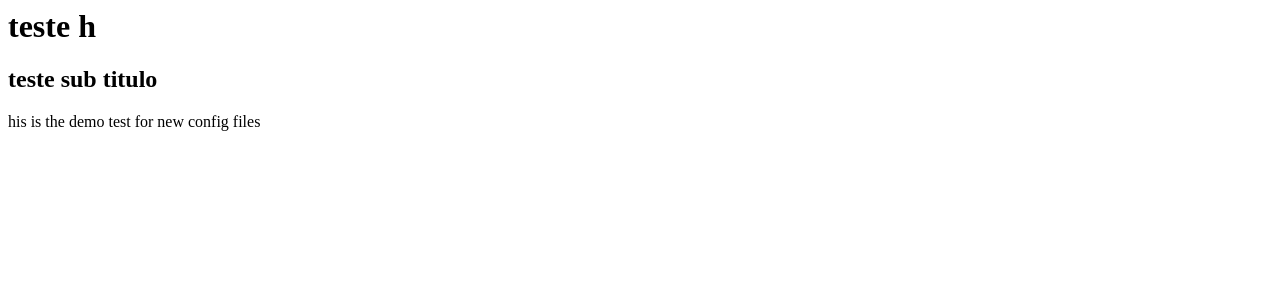
Repository: marine1988/mytheme-wp
Page: http://localhost/
The author's editor kept a copy of each file at every save. The page is drawn from the files as they stood at one save, then again after the next save.
The browser window is 1280 px wide. The pictures show the whole page.
The page is run by PHP 8.4 with error messages shown; the project is at /var/www/html/.

Above is the page before, as saved 2016-10-13 02:30:58.

### index.php
<?php

?>
<h1>teste h</h1>
<h2>teste sub titulo</h2>
<span>his is the demo test for new config files</span>

After the next save:
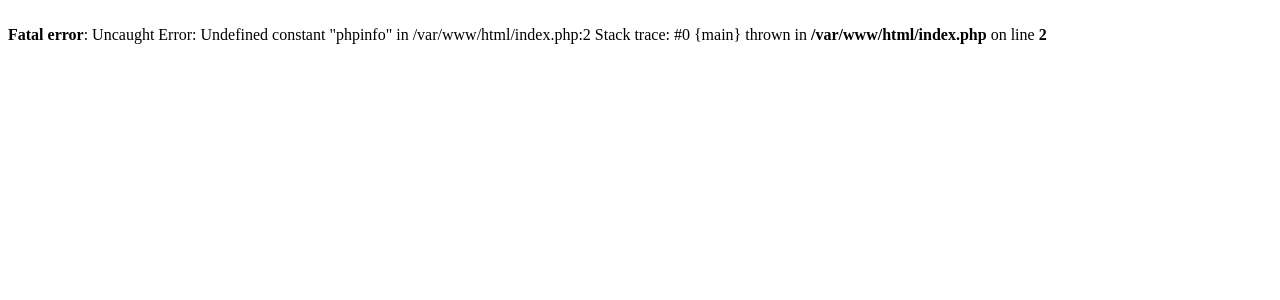
Saved 3 min 9 s later.
--- a/index.php
+++ b/index.php
@@ -1,5 +1,5 @@
 <?php
-
+phpinfo
 ?>
 <h1>teste h</h1>
 <h2>teste sub titulo</h2>

After the save that followed:
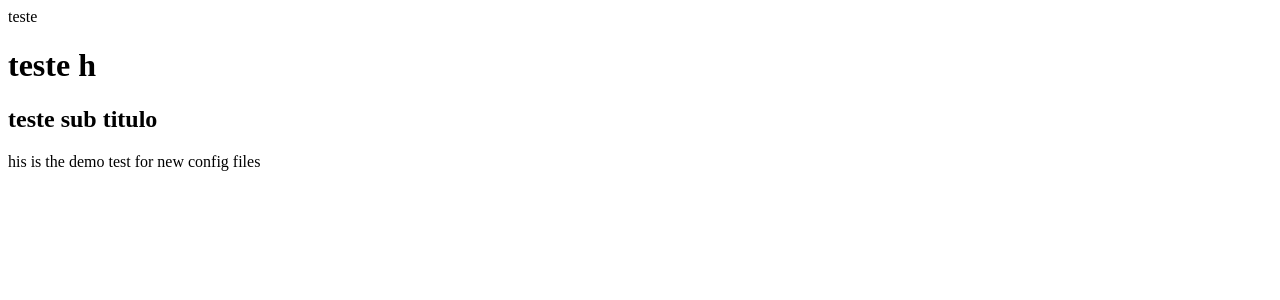
Saved 96 s later.
--- a/index.php
+++ b/index.php
@@ -1,5 +1,5 @@
 <?php
-phpinfo
+echo"teste";
 ?>
 <h1>teste h</h1>
 <h2>teste sub titulo</h2>
